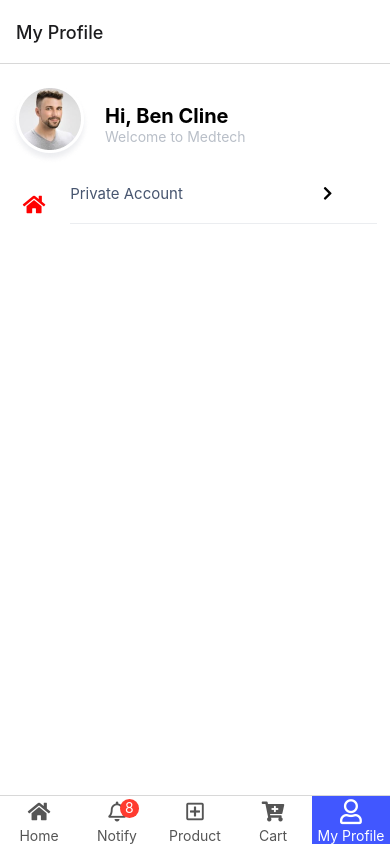
Repository: ntu34543/designReactNative
Screen: /My Profile
These files come from the project's save history. The screen is drawn as it stood at one moment and after a run of saves; the edit follows.
The app was drawn by React Native's web renderer in a window 390 px wide. The project was rebuilt for these pictures with package versions that can differ from the ones it lists, and the page was loaded fresh each time. Also part of the build but not shown: page/DiabetesCare.js, page/Notify.js, page/Cart.js.

Above is the screen before, as saved 2022-11-02 10:54:56.

After the next 5 saves:
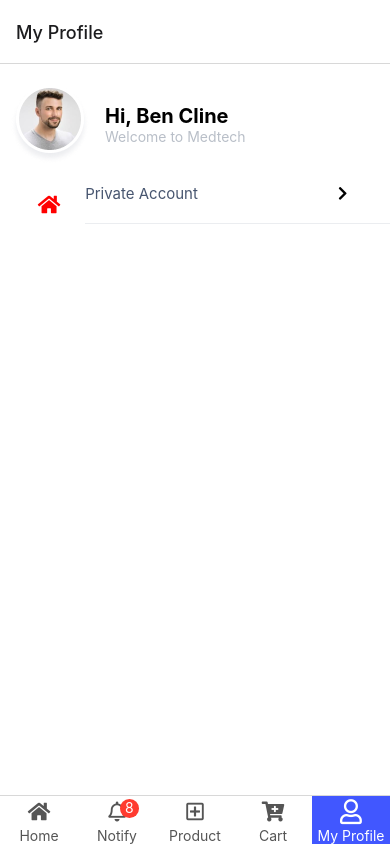
The 5 saves are shown as one change because 1 did not build or start and some came seconds apart.
The last was saved 21 s later.
--- a/page/Profile.js
+++ b/page/Profile.js
@@ -94,5 +94,8 @@ const styles = StyleSheet.create({
   },
   iconChevron : {
     paddingLeft: 140,
+  },
+  iconHome: {
+    marginLeft: 30,
   }
 });
